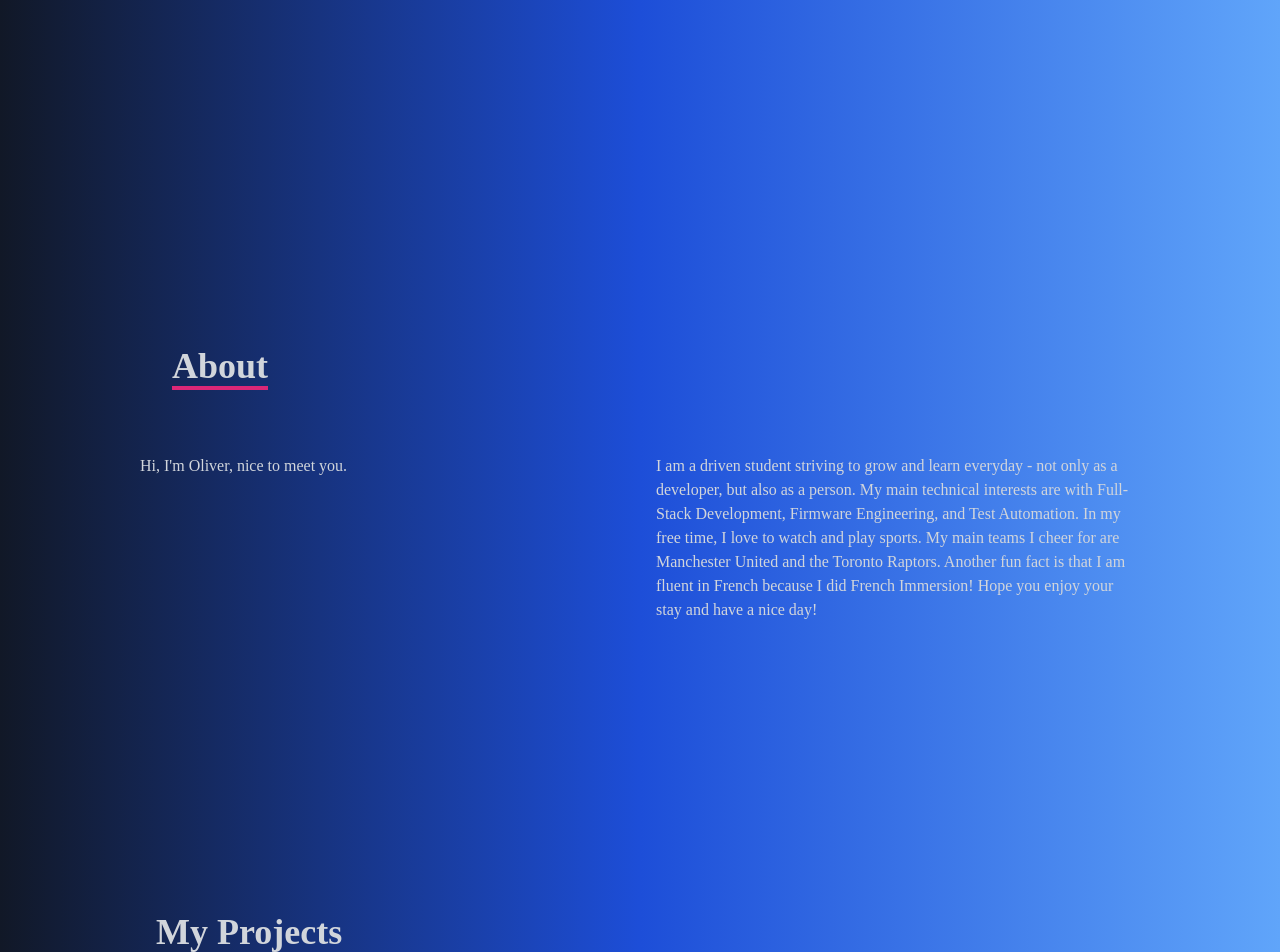
Repository: olichengus/Project-Portfolio
Page: /
These files come from the project's save history. The page is drawn as it stood at one moment and after a run of saves; the edit follows.
The browser window is 1280 px wide. The pictures show the part of the page from y = 596 to 1548 px (the page is 2160 px tall).
The project was rebuilt for these pictures with package versions that can differ from the ones it lists, and the page was loaded fresh each time.

Above is the page before, as saved 2024-02-10 00:36:19.

### src/index.css
@tailwind base;
@tailwind components;
@tailwind utilities;

@import url('https://fonts.googleapis.com/css2?family=Roboto:wght@300;400;500;700&display=swap');

@layer base {
  body {
    @apply font-[Raleway];
  }
  li {
    @apply px-4;
    @apply cursor-pointer;
  }
}


.content-div{
  background-repeat: no-repeat;
  background-size: cover;
  background-position: center;
  height: 250px;
}

.content-div:hover{
  background-image: linear-gradient(
    to right,
    rgba(112,157,255,0.8),
    hsla(242,74%,61%,0.8)
  )!important;
  background-color: rgba(0, 0, 0, 0.5);
  transition: 0.5s;
}

### src/App.js
import Home from './components/Home';
import Navbar from './components/Navbar';
import About from './components/About';
import Work from './components/Work';

function App() {
  return (
    <div>
      <Navbar />
      <Home />
      <About />
      <Work />
    </div>
  );
}

export default App;

### src/components/Home.jsx
import React from 'react'
import {HiArrowNarrowRight} from 'react-icons/hi'

const Home = () => {
  return (
    <div className='w-full h-screen bg-gradient-to-r from-gray-900 via-blue-700 to-blue-400'>
      {/* Container */}
      <div className='max-w-[1000px] mx-auto px-8 flex flex-col justify-center h-full'>
        <p className='text-pink-600 text-2xl'>Hi, my name is</p>
        <h1 className='text-white text-7xl font-bold'>Oliver Cheng</h1>
        <h2 className='text-4xl sm:text-5xl font-bold text-[#8892b0]'> I am a Computer Science student @ UBC</h2>
        <h2 className='text-4xl sm:text-5xl font-bold text-[#8892b0]'> Welcome to my Portfolio!</h2>
        <div className='background-color'>
          <button className = 'text-white border-2 px-6 py-3 my-2 flex items-center hover:bg-pink-600 hover:border-pink-600'>
            My Projects
            <span className='group-hover:rotate-90 duration-300'>
              <HiArrowNarrowRight className='ml-2' />
            </span>
          </button>
        </div>
      </div>

    </div>
  )
}

export default Home

### src/components/navbar.js
import React, {useState} from 'react'
import {
    FaBars,
    FaTimes,
    FaGithub,
    FaLinkedin
  } from 'react-icons/fa';
import { HiOutlineMail } from 'react-icons/hi';
import BsFillPersonFill from 'react-icons/bs';

const Navbar = () => {
    const [nav, setNav] = useState(false)
    const handleClick = () => setNav(!nav)
  return (
    <div className='fixed w-full h-[80px] flex justify-between items-center px-4 bg-[#0a192f] text-gray-300'>
    {/* menu */}
        <div className='hidden md:flex'>
            <ul className='hidden md:flex'>
                <li>Home</li>
                <li>About</li>
                <li>Experience</li>
                <li>Projects</li>
                <li>Contact</li>


            </ul>
        </div>

        <div onClick={handleClick} className='md:hidden z-10'>
            {/* if false set it to bars else set it to x logo*/}
            {!nav ? <FaBars /> : <FaTimes />}
        </div>


        {/* Moble menu */}
        <ul className={!nav ? "hidden": 'absolute top-0 left-0 w-full h-screen bg-[#0a192f] flex flex-col justify center items-center'}>
                <li className='py-6 text-4xl'>Home</li>
                <li className='py-6 text-4xl'>About</li>
                <li className='py-6 text-4xl'>Experience</li>
                <li className='py-6 text-4xl'>Projects</li>
                <li className='py-6 text-4xl'>Contact</li>

        </ul>
        {/* Social Icons */}
        <div className='flex fixed flex-col top-[35%] left-0;'>
        </div>
    </div>


  )
}

export default Navbar

### src/components/About.jsx
import React from 'react';

const About = () => {
    return (
        <div name='about' className='w-full h-screen bg-gradient-to-r from-gray-900 via-blue-700 to-blue-400 text-gray-300'>
            <div className='flex flex-col justify-center items-center w-full h-full'>
                <div className='max-w-[1000px] w-full px-4 justify-center items-center'>
                    <div className='md:text-left sm:text-right pb-8 pl-4'>
                        <p className='text-4xl font-bold inline border-b-4 border-pink-600 hover:text-white'>About</p>
                    </div>

                </div>
                <div className='mt-9 max-w-[1000px] w-full grid grid-cols-2 gap-8'>
                    <div>
                        <p>Hi, I'm Oliver, nice to meet you.</p>
                    </div>
                    <div>
                        I am a driven student striving to grow and learn everyday - not only as a developer, but also as a person. My main technical interests are with Full-Stack Development, Firmware Engineering, and Test Automation. In my free time, I love to watch and play sports. My main teams I cheer for are Manchester United and the Toronto Raptors. Another fun fact is that I am fluent in French because I did French Immersion! Hope you enjoy your stay and have a nice day!
                    </div>
                </div>
            </div>
        </div>
    )
}

export default About;

### src/components/Work.jsx
import React from 'react';
import Background from '../assets/background.jpeg';

const Work = () => {
    return (
        <div className='w-full md:h-screen text-gray-300 bg-gradient-to-r from-gray-900 via-blue-700 to-blue-400'>
            <div className='max-w-[1000px] mx-auto p-4 flex flex-col justify-center w-full h-full'>
                <div>
                    <p className='text-4xl font-bold inline border-b-4 text-gray-300 border-pink-600'>My Projects</p>
                </div>

            {/* Container */}

                <div className='grid sm:grid-cols-2 md:grid-cols-3 gap-4 mt-7'>

            {/* Grid Item */}
                    <div style = {{backgroundImage: `url(${Background})`}}
                    className='shadow-lg shadow-[#040c16] group container rounded-md flex justify-center items-center mx-auto content-div'>

                        {/* Hover Effects */}
                        <div className='opacity-0 group-hover:opacity-100'>
                            <span className='text-2xl font-bold text-white tracking-wider'>
                                UBC Elective Finder
                            </span>
                            <div className='pt-8 text-center'>
                                {/* <a href ="/">
                                    <button className='text-center rounded-lg px-4 py-3 m-2 bg-white text-gray-700 font-bold text-lg'>Demo</button>
                                </a> */}
                                <a href = "https://github.com/olichengus/UBC-Elective-Finder">
                                    <button className='text-center rounded-lg px-5 py-3 m-2 bg-white text-gray-700 font-bold text-lg'>View</button>
                                </a>
                            </div>
                        </div>
                    </div>

                    <div style = {{backgroundImage: `url(${Background})`}}
                    className='shadow-lg shadow-[#040c16] group container rounded-md flex justify-center items-center mx-auto content-div'>

                        {/* Hover Effects */}
                        <div className='opacity-0 group-hover:opacity-100'>
                            <span className='text-2xl font-bold text-white tracking-wider'>
                                Telomeres Website
                            </span>
                            <div className='pt-8 text-center'>
                                {/* <a href ="/">
                                    <button className='text-center rounded-lg px-4 py-3 m-2 bg-white text-gray-700 font-bold text-lg'>Demo</button>
                                </a> */}
                                <a href = "https://github.com/olichengus/TelomeresWebsite">
                                    <button className='text-center rounded-lg px-5 py-3 m-2 bg-white text-gray-700 font-bold text-lg'>View</button>
                                </a>
                            </div>
                        </div>
                    </div>

                    <div style = {{backgroundImage: `url(${Background})`}}
                    className='shadow-lg shadow-[#040c16] group container rounded-md flex justify-center items-center mx-auto content-div'>

                        {/* Hover Effects */}
                        <div className='opacity-0 group-hover:opacity-100'>
                            <span className='text-2xl font-bold text-white tracking-wider'>
                                Wishlist Application
                            </span>
                            <div className='pt-8 text-center'>
                                {/* <a href ="https://github.com/olichengus/WishList">
                                    <button className='text-center rounded-lg px-4 py-3 m-2 bg-white text-gray-700 font-bold text-lg'>Demo</button>
                                </a> */}
                                <a href = "https://github.com/olichengus/WishList">
                                    <button className='text-center rounded-lg px-5 py-3 m-2 bg-white text-gray-700 font-bold text-lg'>View</button>
                                </a>
                            </div>
                        </div>
                    </div>

                    <div style = {{backgroundImage: `url(${Background})`}}
                    className='shadow-lg shadow-[#040c16] group container rounded-md flex justify-center items-center mx-auto content-div'>

                        {/* Hover Effects */}
                        <div className='opacity-0 group-hover:opacity-100'>
                            <span className='text-2xl font-bold text-white tracking-wider'>
                                PythonRoads
                            </span>
                            <div className='pt-8 text-center'>
                                {/* <a href ="/">
                                    <button className='text-center rounded-lg px-4 py-3 m-2 bg-white text-gray-700 font-bold text-lg'>Demo</button>
                                </a> */}
                                <a href = "https://github.com/olichengus/PythonRoads">
                                    <button className='text-center rounded-lg px-5 py-3 m-2 bg-white text-gray-700 font-bold text-lg'>View</button>
                                </a>
                            </div>
                        </div>
                    </div>

                </div>



            </div>
        </div>
    );
};

export default Work;

### tailwind.config.js
/** @type {import('tailwindcss').Config} */
module.exports = {
  content: ["./src/**/*.{html,jsx}"],
  theme: {
    extend: {},
  },
  plugins: [],
}

Loaded but not shown: public/index.html (common file); src/index.js (common file)

After the next 2 saves:
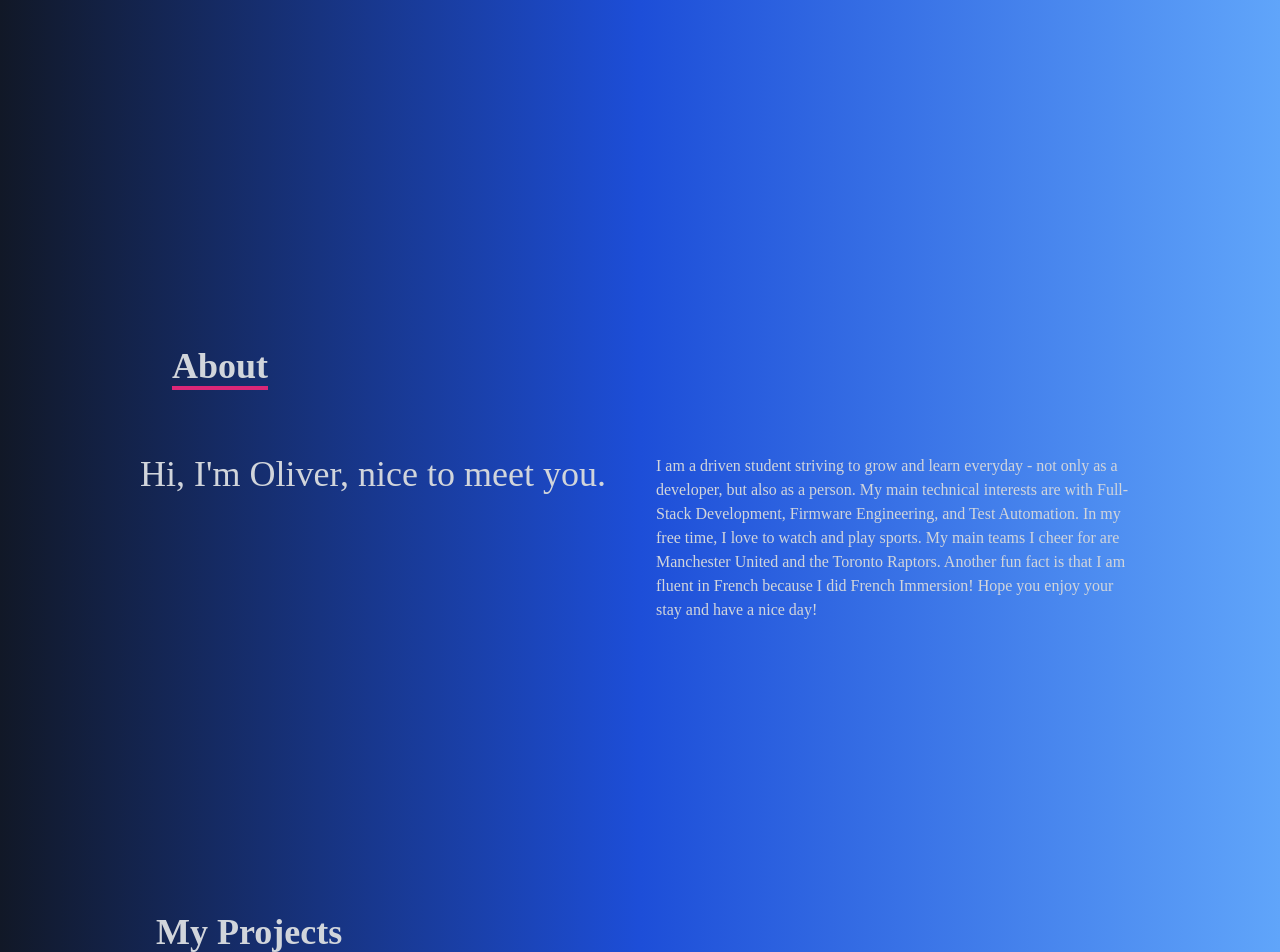
The 2 saves are shown as one change because they came seconds apart.
The last was saved 15 s later.
--- a/src/components/About.jsx
+++ b/src/components/About.jsx
@@ -11,7 +11,7 @@ const About = () => {
 
                 </div>
                 <div className='mt-9 max-w-[1000px] w-full grid grid-cols-2 gap-8'>
-                    <div>
+                    <div className='text-4xl'>
                         <p>Hi, I'm Oliver, nice to meet you.</p>
                     </div>
                     <div>
